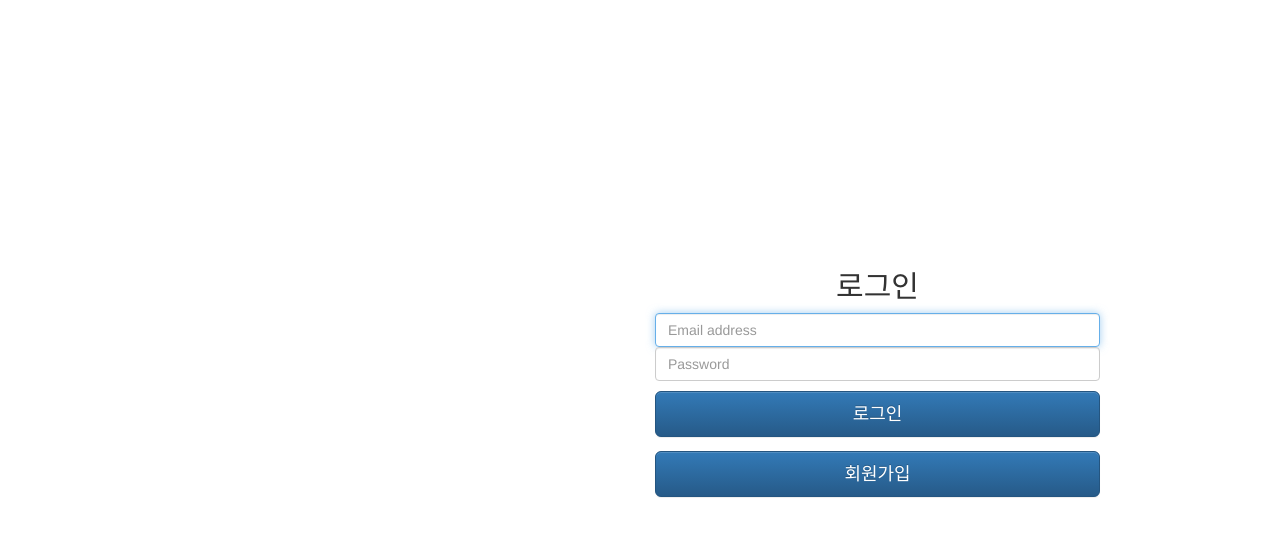
Repository: hrhwbp/Acorn-Final-Project
Page: http://localhost/final_project/index.jsp
These files come from the project's save history. The page is drawn as it stood at one moment and after a run of saves; the edit follows.
The browser window is 1280 px wide. The pictures show the whole page.
Some web libraries are served in a nearby version. The page is served by Tomcat 9. Nobody is signed in. The application's start-up code is not run. Other server files are loaded and not shown.

Above is the page before, as saved 2016-10-26 03:28:45.

### final_project/src/main/webapp/index.jsp
<%@ page language="java" contentType="text/html; charset=UTF-8"
	pageEncoding="UTF-8"%>
<!DOCTYPE html">
<html>
<head>
<meta http-equiv="Content-Type" content="text/html; charset=UTF-8">
<title>Insert title here</title>
<!-- 합쳐지고 최소화된 최신 CSS -->
<link rel="stylesheet"
	href="https://maxcdn.bootstrapcdn.com/bootstrap/3.3.2/css/bootstrap.min.css">
<!-- 부가적인 테마 -->
<link rel="stylesheet"
	href="https://maxcdn.bootstrapcdn.com/bootstrap/3.3.2/css/bootstrap-theme.min.css">
<!-- 합쳐지고 최소화된 최신 자바스크립트 -->
<script
	src="https://ajax.googleapis.com/ajax/libs/jquery/3.1.1/jquery.min.js"></script>
<script
	src="https://maxcdn.bootstrapcdn.com/bootstrap/3.3.2/js/bootstrap.min.js"></script>
</head>
<body>
	<div class="container" style="padding-top: 250px">
		<div class="container col-md-5 col-md-offset-1"></div>
		<div class="container col-md-5">
			<form class="form-signin">
				<h2 class="form-signin-heading text-center">로그인</h2>
				<label for="inputEmail" class="sr-only">Email address</label> <input
					type="email" id="inputEmail" class="form-control"
					placeholder="Email address" required autofocus> <label
					for="inputPassword" class="sr-only">Password</label> <input
					type="password" id="inputPassword" class="form-control"
					placeholder="Password" required>
				<div class="checkbox"></div>
				<button class="btn btn-lg btn-primary btn-block" type="submit">로그인</button>
			</form>
			<button class="btn btn-lg btn-primary btn-block" type="button">회원가입</button>
		</div>
	</div>
</body>
</html>

After the next 2 saves:
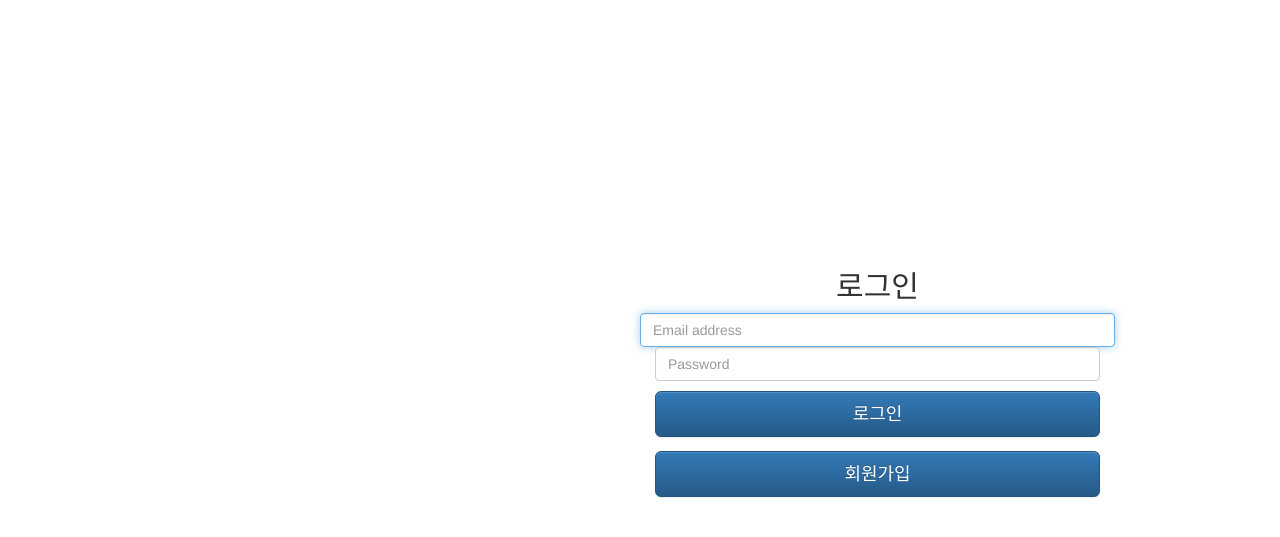
The 2 saves are shown as one change because they came seconds apart.
The last was saved 56 s later.
--- a/final_project/src/main/webapp/index.jsp
+++ b/final_project/src/main/webapp/index.jsp
@@ -23,9 +23,13 @@
 		<div class="container col-md-5">
 			<form class="form-signin">
 				<h2 class="form-signin-heading text-center">로그인</h2>
-				<label for="inputEmail" class="sr-only">Email address</label> <input
+				<label for="inputEmail" class="sr-only">Email address</label>
+					<div class="row">
+					<input
 					type="email" id="inputEmail" class="form-control"
-					placeholder="Email address" required autofocus> <label
+					placeholder="Email address" required autofocus>
+					</div>
+					<label
 					for="inputPassword" class="sr-only">Password</label> <input
 					type="password" id="inputPassword" class="form-control"
 					placeholder="Password" required>

After the 2 saves that followed:
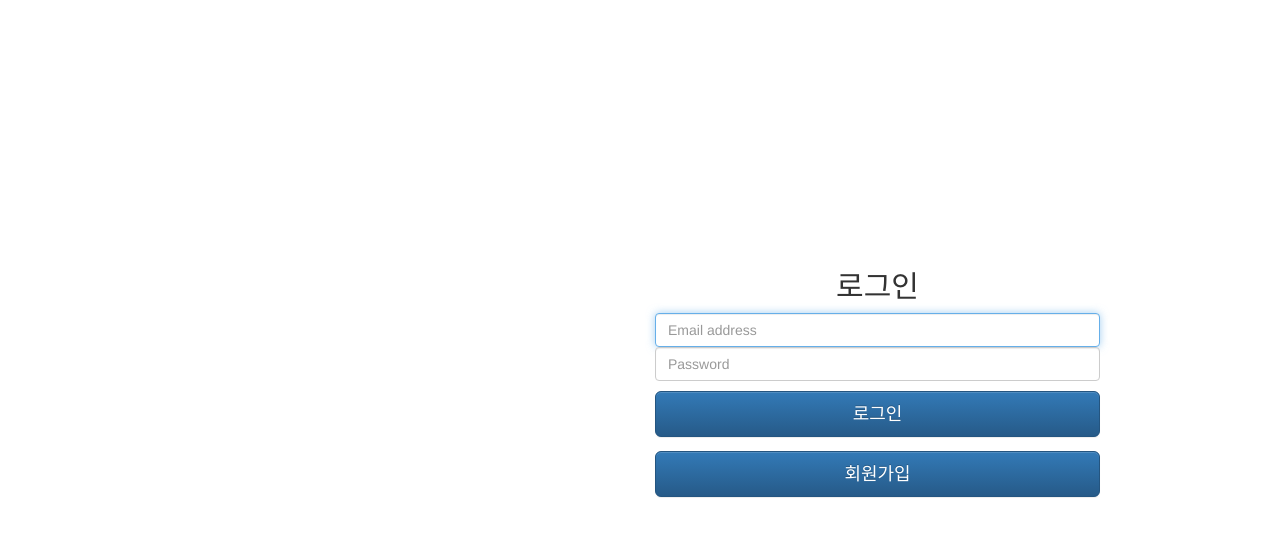
The 2 saves are shown as one change because they came seconds apart.
The last was saved 14 s later.
--- a/final_project/src/main/webapp/index.jsp
+++ b/final_project/src/main/webapp/index.jsp
@@ -24,11 +24,9 @@
 			<form class="form-signin">
 				<h2 class="form-signin-heading text-center">로그인</h2>
 				<label for="inputEmail" class="sr-only">Email address</label>
-					<div class="row">
 					<input
 					type="email" id="inputEmail" class="form-control"
 					placeholder="Email address" required autofocus>
-					</div>
 					<label
 					for="inputPassword" class="sr-only">Password</label> <input
 					type="password" id="inputPassword" class="form-control"
